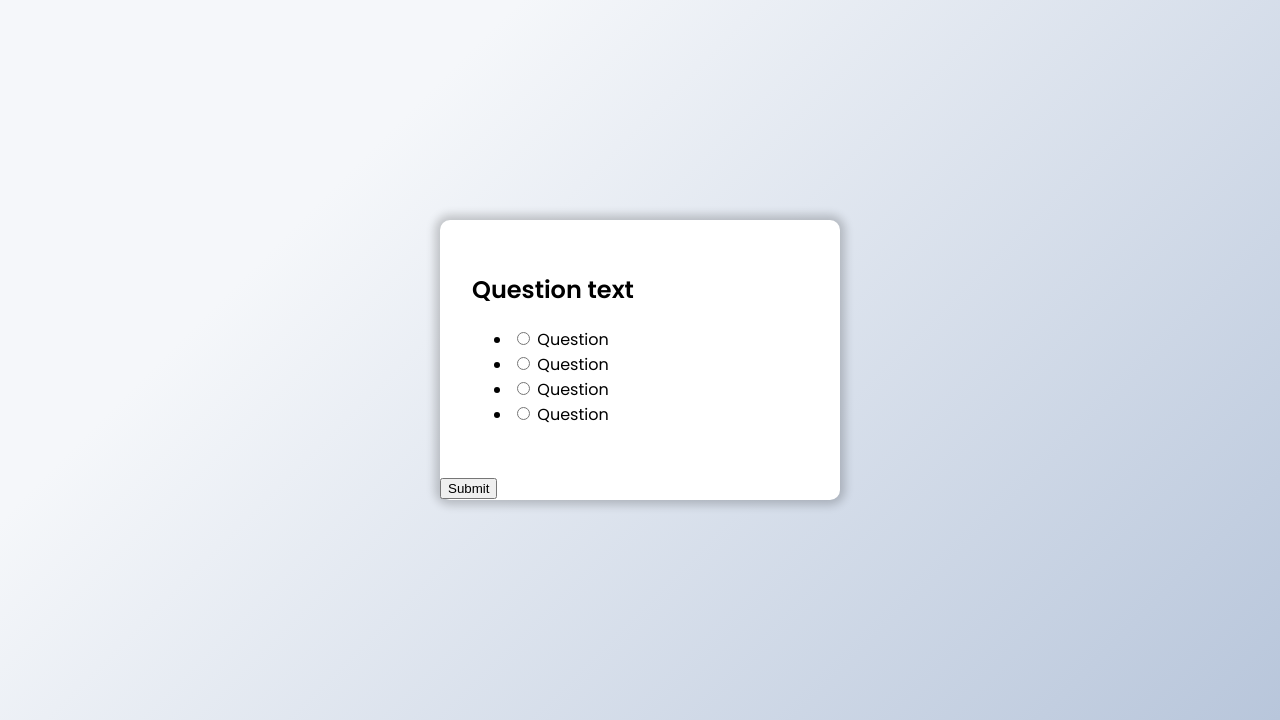
Repository: kate30980/projects-js-practice
Page: quiz-app/index.html
The author's editor kept a copy of each file at every save. The page is drawn from the files as they stood at one save, then again after a run of saves.
The browser window is 1280 px wide. The pictures show the whole page.

Above is the page before, as saved 2021-09-05 22:01:18.

After the next 2 saves:
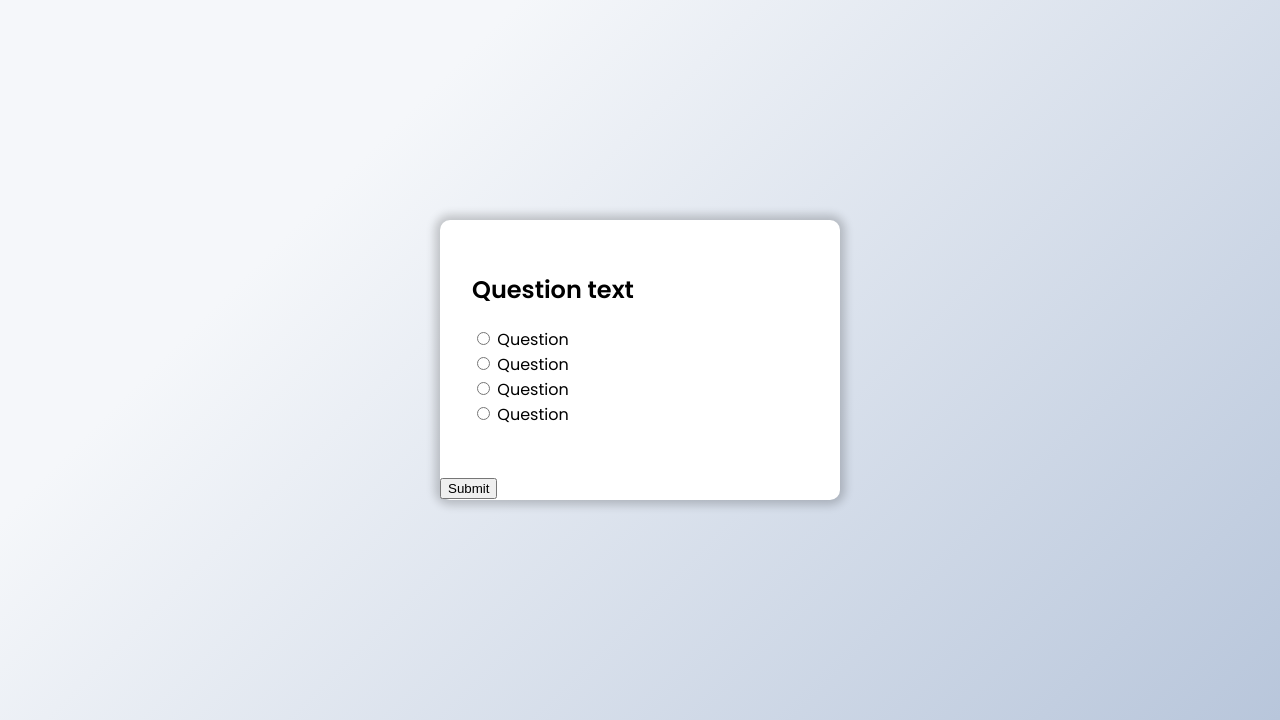
The 2 saves are shown as one change because they came seconds apart.
The last was saved 17 s later.
--- a/quiz-app/style.css
+++ b/quiz-app/style.css
@@ -26,3 +26,7 @@ body {
 .quiz-header{
     padding: 2rem;
 }
+ul{
+    list-style: none;
+    padding: 0;
+}
